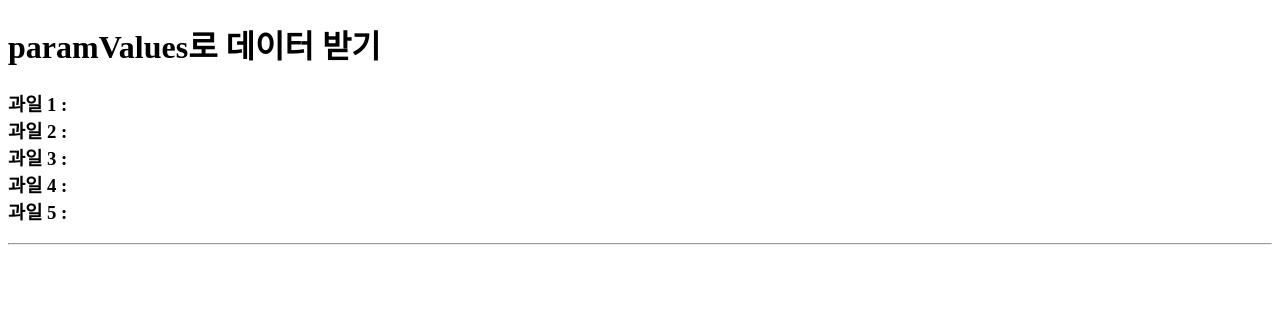
Repository: leechanggyu1118/JSTL_JAVA-WEB_-
Page: http://localhost/jstl_study/step-5.jsp
An editor plug-in stored every save of this project. The page is shown before and after the next save, followed by the edit.
The browser window is 1280 px wide. The pictures show the whole page.
The page is served by Tomcat 9. Other server files are loaded and not shown.

Above is the page before, as saved 2024-04-11 03:52:49.

### jstl_study/src/main/webapp/step-5.jsp
<%@ page language="java" contentType="text/html; charset=UTF-8"
    pageEncoding="UTF-8"%>
<!DOCTYPE html>
<html>
<head>
<meta charset="UTF-8">
<title>Insert title here</title>
</head>
<body>
	<h1>paramValues로 데이터 받기</h1>

	<h3>
		과일 1 : ${paramValues.food[0] } <br>
		과일 2 : ${paramValues.food[1] } <br>
		과일 3 : ${paramValues.food[2] } <br>
		과일 4 : ${paramValues.food[3] } <br>
		과일 5 : ${paramValues.food[4] } <br>
	</h3>

	<hr>






</body>
</html>

After the next save:
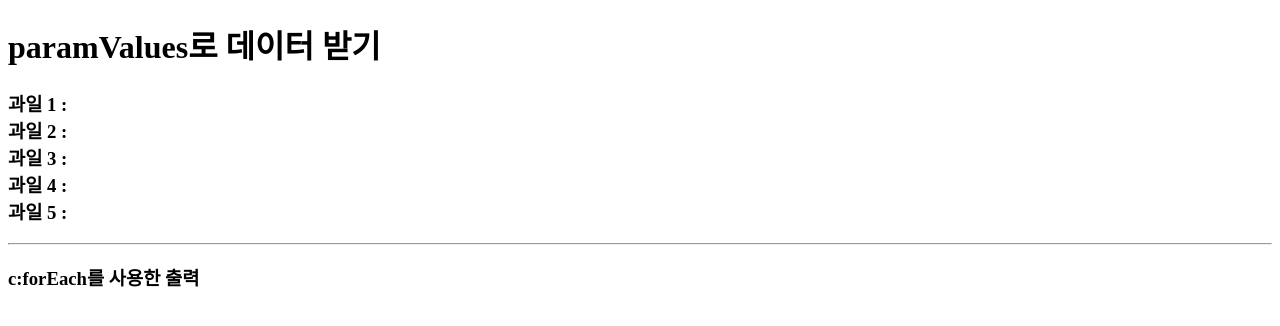
Saved 2 min 15 s later.
--- a/jstl_study/src/main/webapp/step-5.jsp
+++ b/jstl_study/src/main/webapp/step-5.jsp
@@ -1,5 +1,6 @@
 <%@ page language="java" contentType="text/html; charset=UTF-8"
     pageEncoding="UTF-8"%>
+    <%@ taglib uri="http://java.sun.com/jsp/jstl/core" prefix="c" %>
 <!DOCTYPE html>
 <html>
 <head>
@@ -19,6 +20,7 @@
 
 	<hr>
 
+	<h3>c:forEach를 사용한 출력</h3>
 
 
 
